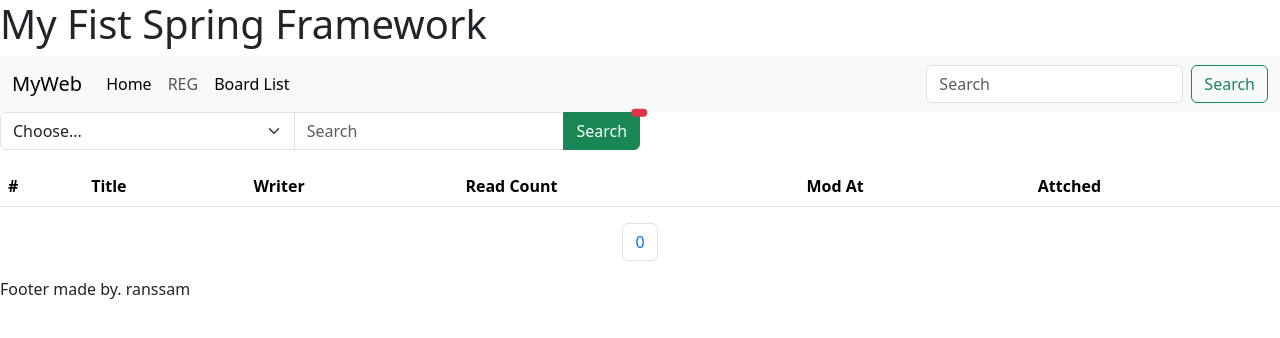
Repository: dhalfks/springSecurityTest
Page: http://localhost/springTest/WEB-INF/views/board/list.jsp
These files come from the project's save history. The page is drawn as it stood at one moment and after the next save; the edit follows.
The browser window is 1280 px wide. The pictures show the whole page.
The page is served by Tomcat 9. Nobody is signed in. Other server files are loaded and not shown. The template is opened directly, without the code that normally fills it, so the values that code supplies are empty.

Above is the page before, as saved 2023-09-29 13:13:59.

### _spring_workspace/springTest/src/main/webapp/WEB-INF/views/board/list.jsp
<%@ page language="java" contentType="text/html; charset=UTF-8"
    pageEncoding="UTF-8"%>
<%@ taglib prefix="c" uri="http://java.sun.com/jsp/jstl/core"%>
<jsp:include page="../common/header.jsp" />
<jsp:include page="../common/nav.jsp" />

<div class="col-sm-12 col-md-6">
	<form action="/board/list" method="get">
		<div class="input-group mb-3">
		<c:set value="${pgn.pgvo.type }" var="typed"/>
  			<select class="form-select" name="type">
    			<option ${typed == null ? 'selected':'' }>Choose...</option>
    			<option value="t" ${typed eq 't' ? 'selected':'' }>Title</option>
    			<option value="c" ${typed eq 'c' ? 'selected':'' }>Content</option>
    			<option value="w" ${typed eq 'w' ? 'selected':'' }>Writer</option>
    			<option value="tc" ${typed eq 'tc' ? 'selected':'' }>Title or Content</option>
    			<option value="tw" ${typed eq 'tw' ? 'selected':'' }>Title or Writer</option>
    			<option value="cw" ${typed eq 'cw' ? 'selected':'' }>Content or Writer</option>
  			</select>
  			<input class="form-control" type="text" name="keyword" placeholder="Search" value="${pgn.pgvo.keyword }">
  			<input type="hidden" name="pageNo" value="1">
  			<input type="hidden" name="qty" value="${pgn.pgvo.qty }">
  			<button type="submit" class="btn btn-success position-relative">
  			Search
  			<span class="position-absolute top-0 start-100 translate-middle badge rounded-pill bg-danger">
    		${pgn.totalCount }
    		<span class="visually-hidden">unread messages</span></span>
  			</button>
		</div>
	</form>
	</div>

<table class="table table-hover">
 <thead>
    <tr>
      <th scope="col">#</th>
      <th scope="col">Title</th>
      <th scope="col">Writer</th>
      <th scope="col">Read Count</th>
      <th scope="col">Mod At</th>
      <th scope="col">Attched</th>
    </tr>
  </thead>
  <tbody>
  	<c:forEach items="${list }" var="bvo">
    <tr>
      <th scope="row">${bvo.bno }</th>
      <td><a href="/board/detail?bno=${bvo.bno }&pageNo=${pgn.pgvo.pageNo}&qty=${pgn.pgvo.qty}&type=${pgn.pgvo.type}&keyword=${pgn.pgvo.keyword}">${bvo.title }</a></td>
      <td>${bvo.writer }
      <c:if test="${bvo.cmtQty > 0 }">
      <span class="badge rounded-pill bg-info">${bvo.cmtQty }</span>
      </c:if>
      </td>
      <td>${bvo.readCount }</td>
      <td>${bvo.modAt }</td>
      <td><c:if test="${bvo.hasFile gt 0 }">
      	Y <!-- 파일이 첨부되어 있다는 이모티콘을 설정 -->
      </c:if></td>
    </tr>
    </c:forEach>
  </tbody>
</table>

<ul class="pagination justify-content-center">
	<c:if test="${pgn.prev }">
    <li class="page-item">
      <a href="/board/list?pageNo=${pgn.startPage - 1 }&qty=${pgn.pgvo.qty}&type=${pgn.pgvo.type}&keyword=${pgn.pgvo.keyword}" class="page-link">Prev</a>
    </li>
    </c:if>
    <c:forEach begin="${pgn.startPage }" end="${pgn.endPage }" var="i">
    <li class="page-item ${pgn.pgvo.pageNo == i ? 'active':''}"
     aria-current="page">
      <a class="page-link" href="/board/list?pageNo=${i }&qty=${pgn.pgvo.qty}&type=${pgn.pgvo.type}&keyword=${pgn.pgvo.keyword}">${i }</a>
    </li>
    </c:forEach>
    <c:if test="${pgn.next }">
    <li class="page-item">
      <a class="page-link" href="/board/list?pageNo=${pgn.endPage + 1 }&qty=${pgn.pgvo.qty}&type=${pgn.pgvo.type}&keyword=${pgn.pgvo.keyword}">Next</a>
    </li>
    </c:if>
  </ul>

<script>
let isUp = '<c:out value="${isUp}"/>';
let isDel = '<c:out value="${isDel}"/>';
if (parseInt(isUp)) {
	alert('게시글 등록 성공~');
}
if (parseInt(isDel)) {
	alert('게시글 삭제 성공~');
}
</script>

<jsp:include page="../common/footer.jsp" />

### _spring_workspace/springTest/src/main/webapp/WEB-INF/views/common/header.jsp
<%@ page language="java" contentType="text/html; charset=UTF-8"
    pageEncoding="UTF-8"%>
    <%@ taglib prefix="c" uri="http://java.sun.com/jsp/jstl/core" %>
<!DOCTYPE html>
<html>
<head>
<meta charset="UTF-8">
<title>Insert title here</title>
<link href="https://cdn.jsdelivr.net/npm/bootstrap@5.3.1/dist/css/bootstrap.min.css" rel="stylesheet" integrity="sha384-4bw+/aepP/YC94hEpVNVgiZdgIC5+VKNBQNGCHeKRQN+PtmoHDEXuppvnDJzQIu9" crossorigin="anonymous">
<script src="https://cdn.jsdelivr.net/npm/bootstrap@5.3.1/dist/js/bootstrap.bundle.min.js" integrity="sha384-HwwvtgBNo3bZJJLYd8oVXjrBZt8cqVSpeBNS5n7C8IVInixGAoxmnlMuBnhbgrkm" crossorigin="anonymous"></script>
</head>
<body>
	<h1>My Fist Spring Framework</h1>

### _spring_workspace/springTest/src/main/webapp/WEB-INF/views/common/nav.jsp
<%@ page language="java" contentType="text/html; charset=UTF-8"
    pageEncoding="UTF-8"%>
<%@ taglib prefix="c" uri="http://java.sun.com/jsp/jstl/core"%>
<%@ taglib prefix="sec" uri="http://www.springframework.org/security/tags" %>
<!-- <header>
<ul>
<a href="/"><li>Home</li></a>
<a href="/board/register"><li>Board REG</li></a>
<li>Board List</li>
<li>Log In</li>
<li>Log Out</li>
<li>Sign Up</li>

</ul>
</header> -->

<nav class="navbar navbar-expand-lg bg-body-tertiary">
  <div class="container-fluid">
    <a class="navbar-brand" href="#">MyWeb</a>
    <button class="navbar-toggler" type="button" data-bs-toggle="collapse" data-bs-target="#navbarSupportedContent" aria-controls="navbarSupportedContent" aria-expanded="false" aria-label="Toggle navigation">
      <span class="navbar-toggler-icon"></span>
    </button>
    <div class="collapse navbar-collapse" id="navbarSupportedContent">
      <ul class="navbar-nav me-auto mb-2 mb-lg-0">
        <li class="nav-item">
          <a class="nav-link active" aria-current="page" href="/">Home</a>
        </li>
        <li class="nav-item">
          <a class="nav-link" href="/board/register">REG</a>
        </li>

        <li class="nav-item">
          <a class="nav-link active" href="/board/list" >Board List</a>
        </li>
      </ul>
      <form class="d-flex" role="search">
        <input class="form-control me-2" type="search" placeholder="Search" aria-label="Search">
        <button class="btn btn-outline-success" type="submit">Search</button>
      </form>
    </div>
  </div>
</nav>

### _spring_workspace/springTest/src/main/webapp/WEB-INF/views/common/footer.jsp
<%@ page language="java" contentType="text/html; charset=UTF-8"
    pageEncoding="UTF-8"%>

<div>
	<span>Footer made by. ranssam</span>
</div>
</body>
</html>

After the next save:
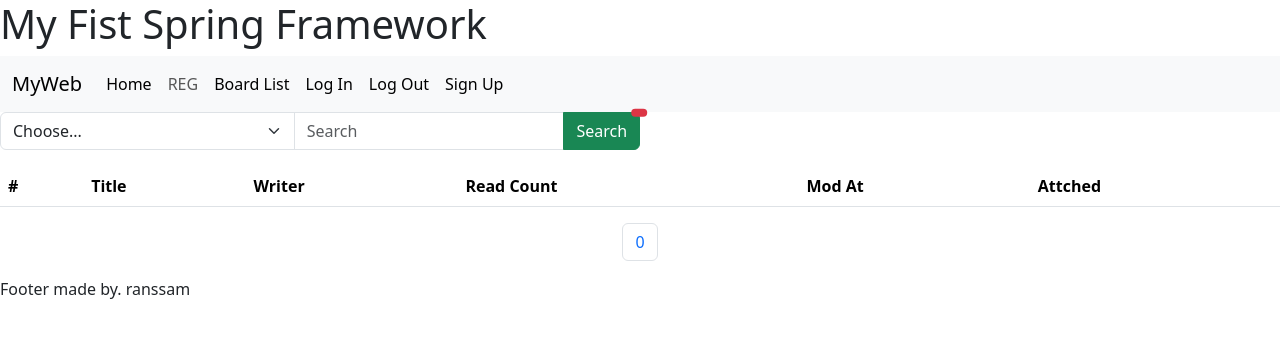
Saved 64 s later.
--- a/_spring_workspace/springTest/src/main/webapp/WEB-INF/views/common/nav.jsp
+++ b/_spring_workspace/springTest/src/main/webapp/WEB-INF/views/common/nav.jsp
@@ -32,11 +32,17 @@
         <li class="nav-item">
           <a class="nav-link active" href="/board/list" >Board List</a>
         </li>
+        <li class="nav-item">
+          <a class="nav-link active" href="#" >Log In</a>
+        </li>
+        <li class="nav-item">
+          <a class="nav-link active" href="/board/list" >Log Out</a>
+        </li>
+        <li class="nav-item">
+          <a class="nav-link active" href="/board/list" >Sign Up</a>
+        </li>
       </ul>
-      <form class="d-flex" role="search">
-        <input class="form-control me-2" type="search" placeholder="Search" aria-label="Search">
-        <button class="btn btn-outline-success" type="submit">Search</button>
-      </form>
+
     </div>
   </div>
 </nav>
